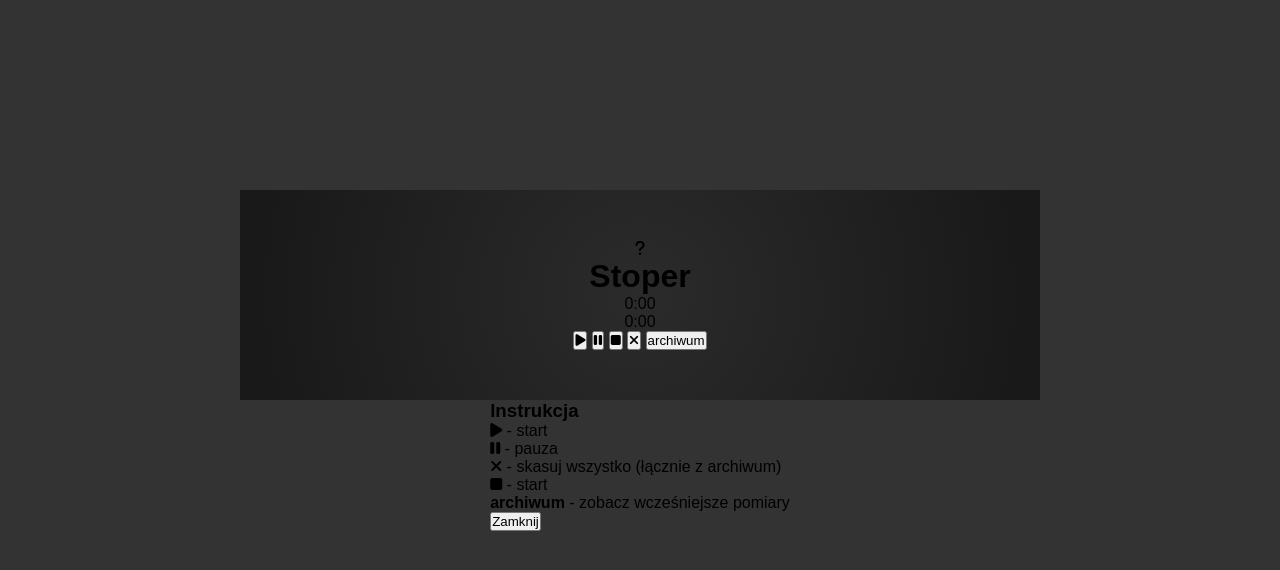
Repository: KrzysKolo/Projekt-5_Stoper
Page: index.html
An editor plug-in stored every save of this project. The page is shown before and after the next save, followed by the edit.
The browser window is 1280 px wide. The pictures show the whole page.
Some web fonts or font styles are not loaded; a fallback is used. Some web libraries are served in a nearby version.

Above is the page before, as saved 2020-07-05 16:52:20.

### index.html
<!DOCTYPE html>
<html lang="en">
  <head>
    <meta charset="UTF-8" />
    <meta name="viewport" content="width=device-width, initial-scale=1.0" />
    <title>Stoper</title>
    <script
      src="https://kit.fontawesome.com/21efeaf281.js"
      crossorigin="anonymous"
    ></script>
    <link
      href="https://fonts.googleapis.com/css2?family=Montserrat+Subrayada&display=swap"
      rel="stylesheet"
    />
    <link rel="stylesheet" href="./css/style.css" />
  </head>
  <body>
    <div class="wrapper">
      <p class="info">
        <i class="fa fa-question" aria-hidden="true"></i>
      </p>
      <h1>Stoper</h1>
      <p class="stopwatch">0:00</p>
      <p class="time">0:00</p>

      <div class="buttons">
        <button class="start"><i class="fas fa-play"></i></button>
        <button class="pouse"><i class="fas fa-pause"></i></button>
        <button class="stop"><i class="fas fa-stop"></i></button>
        <button class="restart"><i class="fas fa-times"></i></button>
        <button class="history">archiwum</button>
      </div>
      <ul class="time-list"></ul>
    </div>
    <div class="modal-shadow">
      <div class="modal"></div>
      <h3>Instrukcja</h3>
      <p><i class="fas fa-play"></i> - start</p>
      <p><i class="fas fa-pause"></i> - pauza</p>
      <p><i class="fas fa-times"></i> - skasuj wszystko (łącznie z archiwum)</p>
      <p><i class="fas fa-stop"></i> - start</p>
      <p><strong>archiwum</strong> - zobacz wcześniejsze pomiary</p>
      <button class="close">Zamknij</button>
    </div>
    <script src="./js/index.js"></script>
  </body>
</html>

### css/style.css
* {
  box-sizing: border-box;
  padding: 0;
  margin: 0;
}
:root {
  --first-color: #fa1406;
  --second-color: #d2c7be;
}
body {
  display: flex;
  justify-content: center;
  align-items: center;
  flex-direction: column;
  min-height: 100vh;
  font-family: "Montserrat Subrayada", sans-serif;
  background-color: #333333;
}
.wrapper {
  position: relative;
  display: flex;
  justify-content: center;
  align-items: center;
  flex-direction: column;
  padding: 50px;
  width: 800px;
  background-image: radial-gradient(
    circle,
    rgb(43, 43, 43) 0%,
    rgb(25, 25, 25) 93%
  );
}

Loaded but not shown: js/index.js (no stored copy; drawn as an empty file)

After the next save:
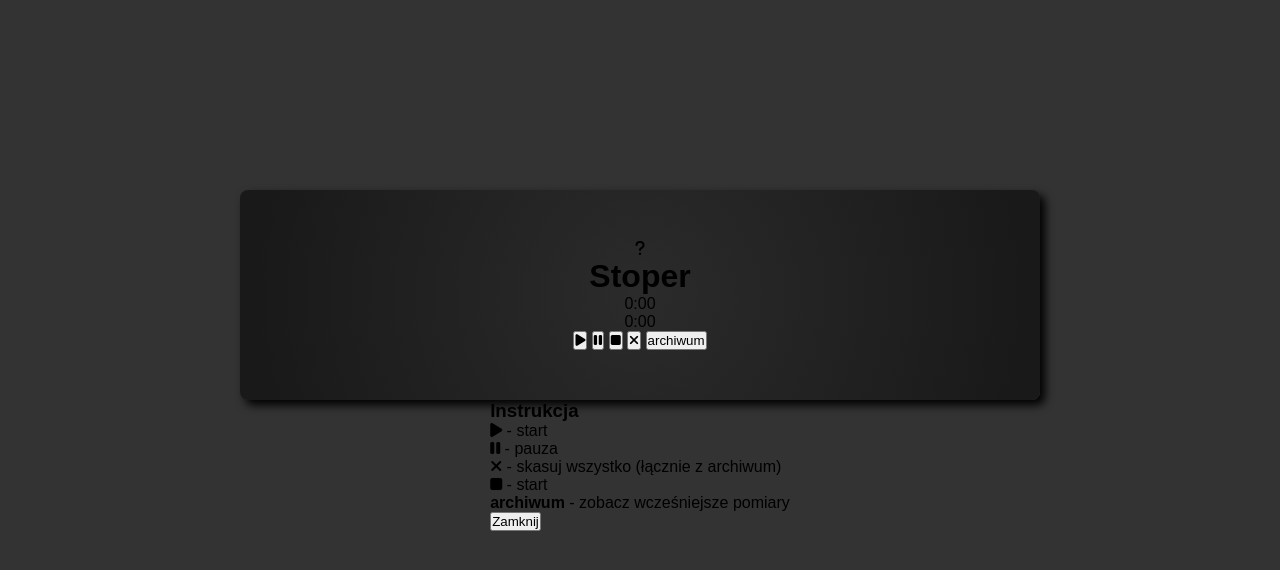
Saved 2 min 3 s later.
--- a/css/style.css
+++ b/css/style.css
@@ -29,4 +29,6 @@ body {
     rgb(43, 43, 43) 0%,
     rgb(25, 25, 25) 93%
   );
+  border-radius: 8px;
+  box-shadow: 5px 5px 10px black;
 }
